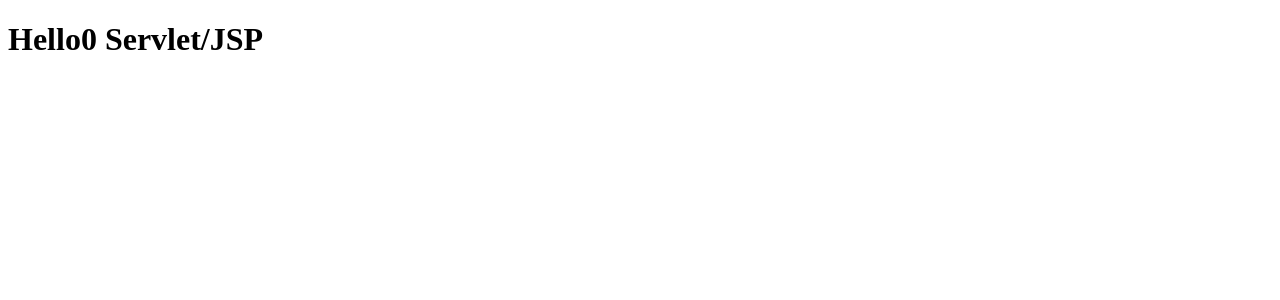
Repository: serendipity63/jsp_workspace
Page: Hello/src/main/webapp/WEB-INF/hello.html
The author's editor kept a copy of each file at every save. The page is drawn from the files as they stood at one save, then again after the next save.
The browser window is 1280 px wide. The pictures show the whole page.

Above is the page before, as saved 2023-09-19 01:15:14.

### Hello/src/main/webapp/WEB-INF/hello.html
<!DOCTYPE html>
<html>
<head>
<meta charset="UTF-8">
<title>Insert title here</title>
</head>
<body>
<h1>Hello0 Servlet/JSP</h1>
</body>
</html>

After the next save:
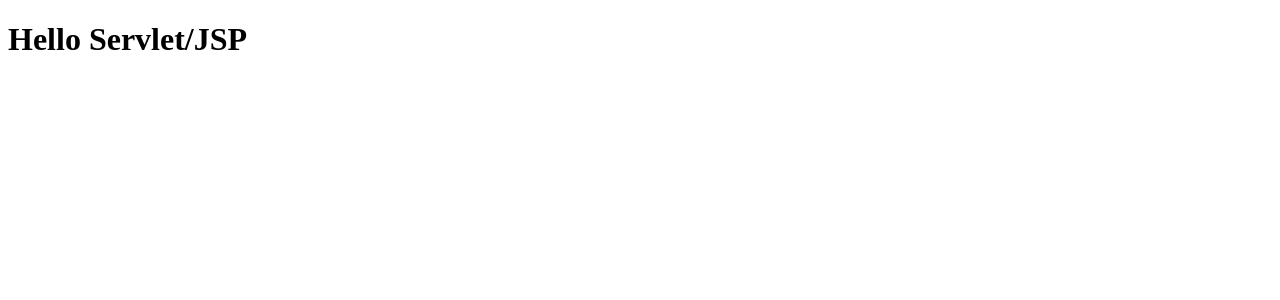
Saved 2 min 11 s later.
--- a/Hello/src/main/webapp/WEB-INF/hello.html
+++ b/Hello/src/main/webapp/WEB-INF/hello.html
@@ -5,6 +5,6 @@
 <title>Insert title here</title>
 </head>
 <body>
-<h1>Hello0 Servlet/JSP</h1>
+<h1>Hello Servlet/JSP</h1>
 </body>
 </html>
